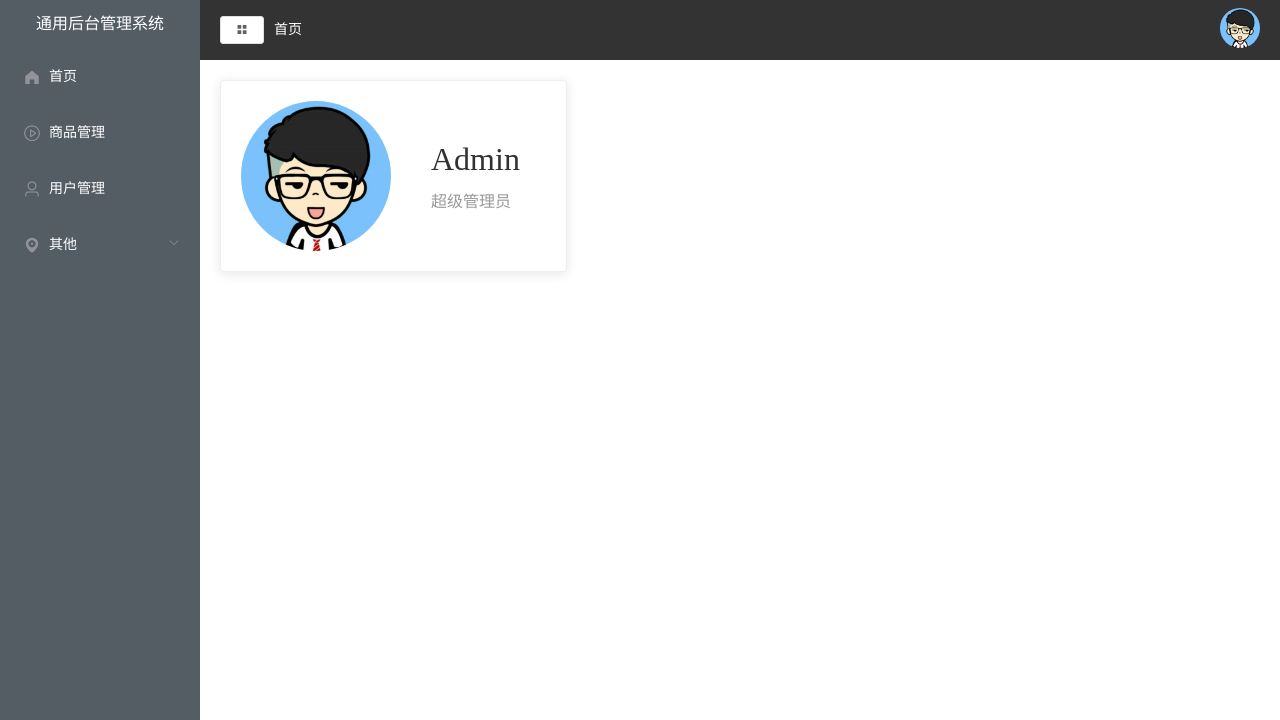
Repository: Francis200214/my-app
Page: /
An editor plug-in stored every save of this project. The page is shown before and after the next save, followed by the edit.
The browser window is 1280 px wide. The pictures show the whole page.
The project was rebuilt for these pictures with package versions that can differ from the ones it lists, and the page was loaded fresh each time. Also part of the build but not shown: vue.config.js, src/views/User.vue, src/views/Mall.vue, src/views/other/PageOne.vue, src/views/other/PageTwo.vue.

Above is the page before, as saved 2023-05-21 15:39:03.

After the next save:
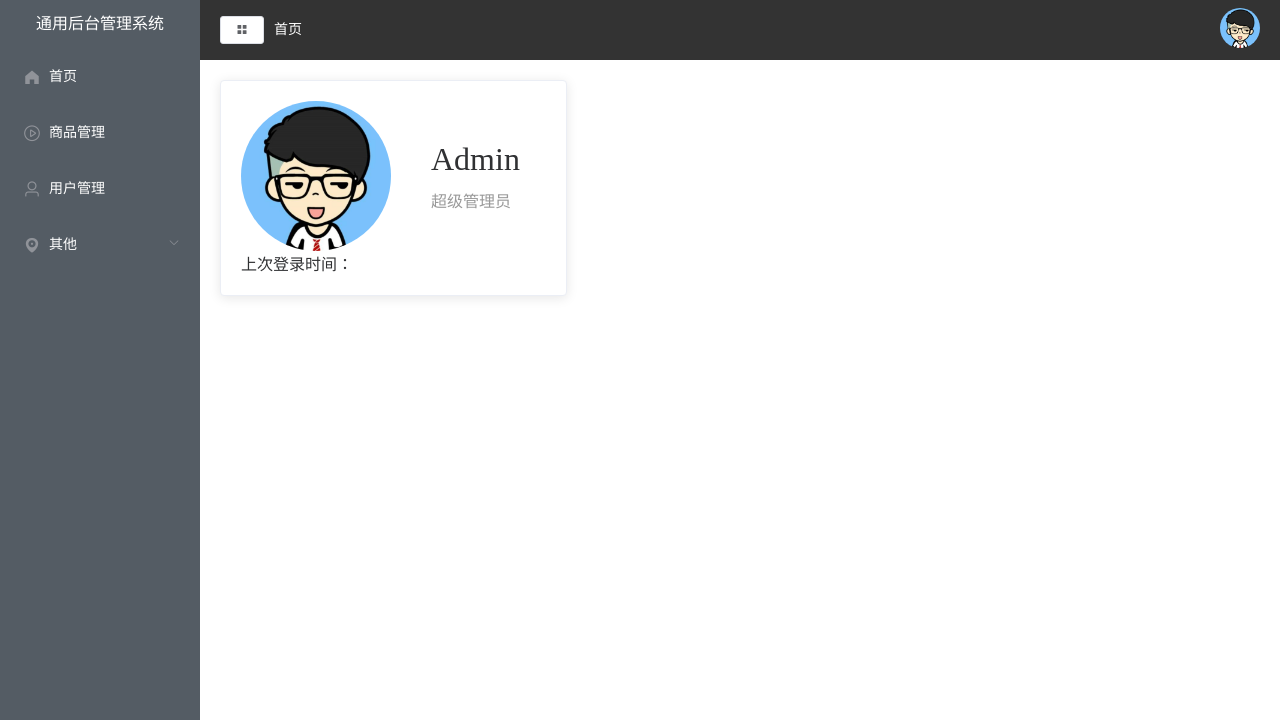
Saved 9 s later.
--- a/src/views/Home.vue
+++ b/src/views/Home.vue
@@ -10,7 +10,7 @@
                     </div>
                 </div>
                 <div class="login-info">
-                    <p></p>
+                    <p>上次登录时间：</p>
                 </div>
             </el-card>
         </el-col>
